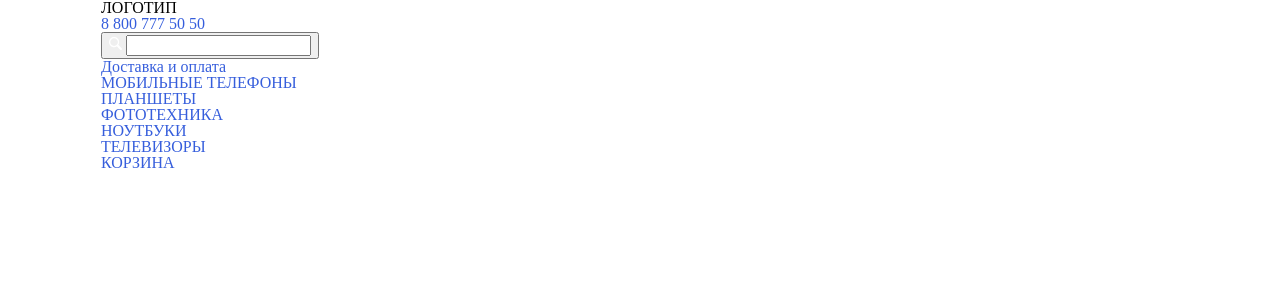
Repository: sem1103/WEBCompany
Page: index.html
An editor plug-in stored every save of this project. The page is shown before and after the next save, followed by the edit.
The browser window is 1280 px wide. The pictures show the whole page.

Above is the page before, as saved 2024-01-11 18:32:39.

After the next save:
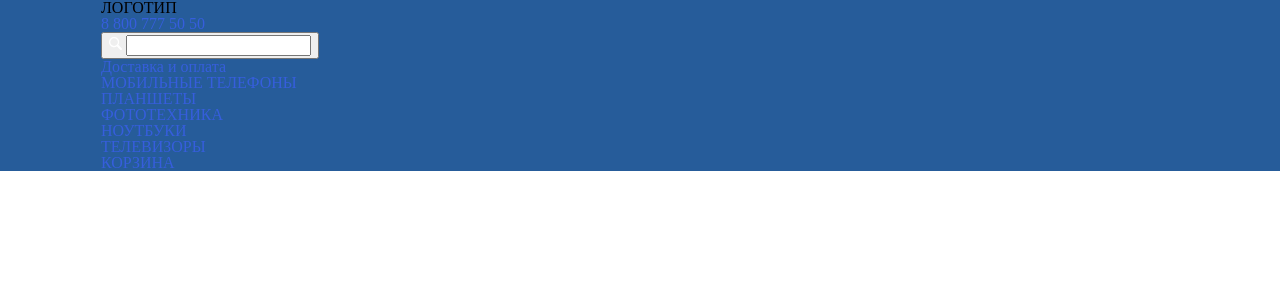
Saved 31 s later.
--- a/styles/main.css
+++ b/styles/main.css
@@ -7,3 +7,6 @@
     max-width: 1078px;
     margin: 0 auto;
 }
+header{
+    background: var(--blue);
+}
